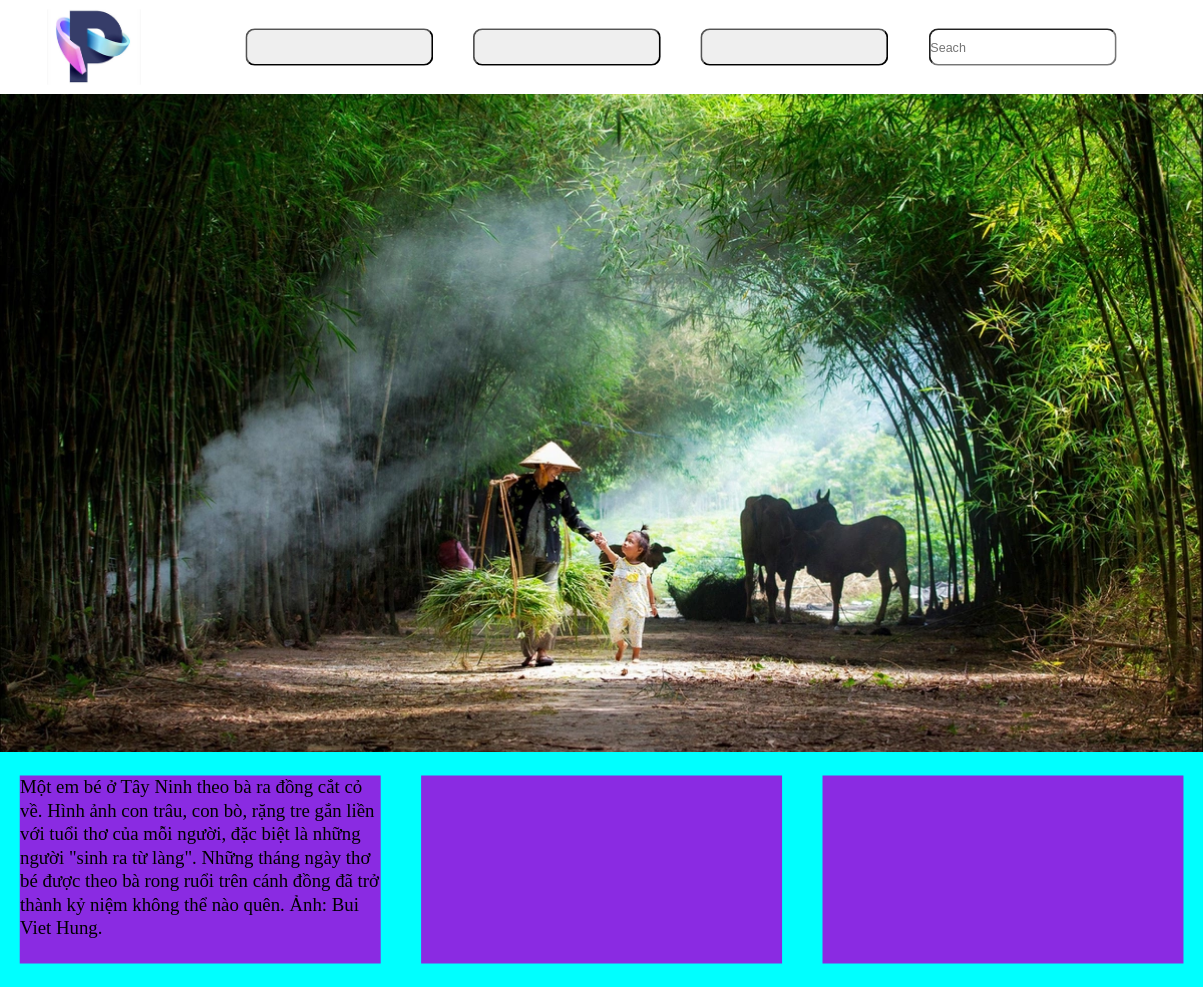
Repository: thinh909thinh/Thi
Page: index.html
An editor plug-in stored every save of this project. The page is shown before and after the next save, followed by the edit.
The browser window is 1280 px wide. The pictures show the whole page, at 94% of full size.

Above is the page before, as saved 2022-05-13 09:03:55.

### index.html
<!DOCTYPE html>
<html lang="en">
<head>
    <meta charset="UTF-8">
    <meta http-equiv="X-UA-Compatible" content="IE=edge">
    <meta name="viewport" content="width=device-width, initial-scale=1.0">
    <link rel="stylesheet" href="main.css">
    <title>Document</title>
</head>
<body>
    <header>
        <div class="img">
            <img src="./img/logo.jpg" alt="">
        </div>
        <div class="btn_s">
            <button></button>
            <button></button>
            <button></button>
            <input type="text" placeholder="Seach">
        </div>
    </header>
    <section>
        <div class="imgbg">
            <img src="./img/gb.webp" alt="">
        </div>
        <div class="all_text">
            <div class="text">
                <p>Một em bé ở Tây Ninh theo bà ra đồng cắt cỏ về.
                    Hình ảnh con trâu, con bò, rặng tre gắn liền với tuổi thơ của mỗi người,
                     đặc biệt là những người "sinh ra từ làng".
                     Những tháng ngày thơ bé được theo bà rong ruổi trên cánh
                     đồng đã trở thành kỷ niệm không thể nào quên. Ảnh: Bui Viet Hung.</p>
            </div>
            <div class="text"></div>
            <div class="text"></div>
        </div>
    </section>
</body>
</html>

### main.css
*{
    padding: 0;
    margin: 0;
    box-sizing: border-box;
}
header{
    width: 100%;
    height: 100px;
    display: flex;
    justify-content: space-between;
    align-items: center;
}
.btn_s{
    width: 1200px;
    height: 100px;
    display: flex;
    justify-content: space-evenly;
    align-items: center;
    margin-right: 50px;

}
input{
    width: 200px;
    height: 40px;
    border-radius: 10px;
}
.img{
    width: 200px;
    height: 80px;
    margin-left: 50px;
}
.img img{
    width: 100px;
    height: 100%;
    object-fit: cover;
}
button{
    width: 200px;
    height: 40px;
    border-radius: 10px;
}
.imgbg{
    width: 100%;
    height: 700px;
}
.imgbg img{
    width: 100%;
    height: 100%;
    object-fit: cover;
}
.all_text{
    width: 100%;
    height: 250px;
    background-color: aqua;
    display: flex;
    justify-content: space-around;
    align-items: center;
}
.all_text .text{
    width: 30%;
    height: 200px;
    background-color: blueviolet;
}
.all_text .text p{
    font-size: 20px;
    line-height: 25px;
}

After the next save:
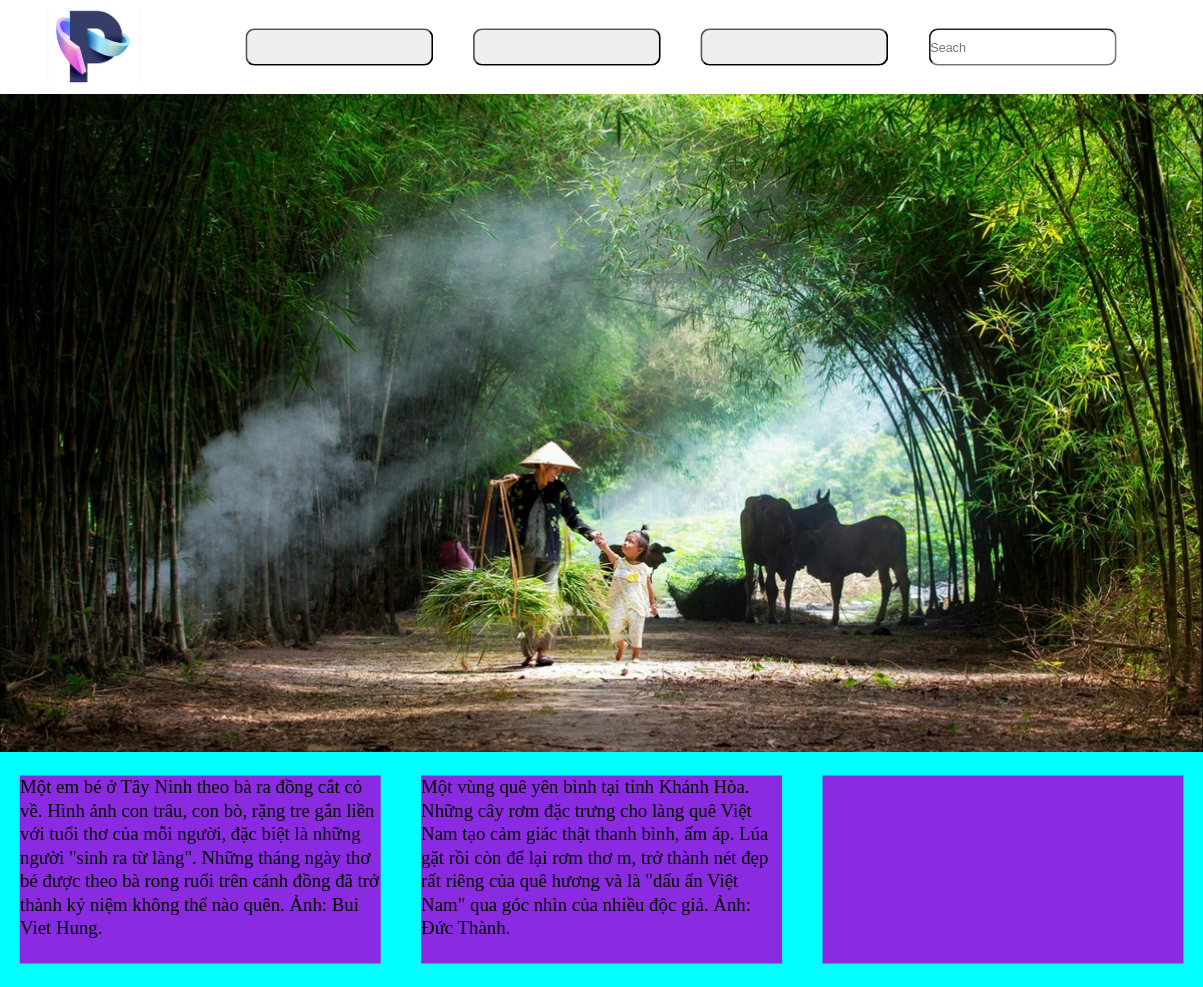
Saved 28 s later.
--- a/index.html
+++ b/index.html
@@ -31,7 +31,14 @@
                      Những tháng ngày thơ bé được theo bà rong ruổi trên cánh
                      đồng đã trở thành kỷ niệm không thể nào quên. Ảnh: Bui Viet Hung.</p>
             </div>
-            <div class="text"></div>
+            <div class="text">
+                <p>
+                    Một vùng quê yên bình tại tỉnh Khánh Hòa. Những cây rơm đặc trưng cho làng
+                     quê Việt Nam tạo cảm giác thật thanh bình, ấm áp. Lúa gặt rồi còn để lại rơm thơ
+                    m, trở thành nét đẹp rất riêng của quê hương và là "dấu ấn Việt Nam" qua
+                    góc nhìn của nhiều độc giả. Ảnh: Đức Thành.
+                </p>
+            </div>
             <div class="text"></div>
         </div>
     </section>
